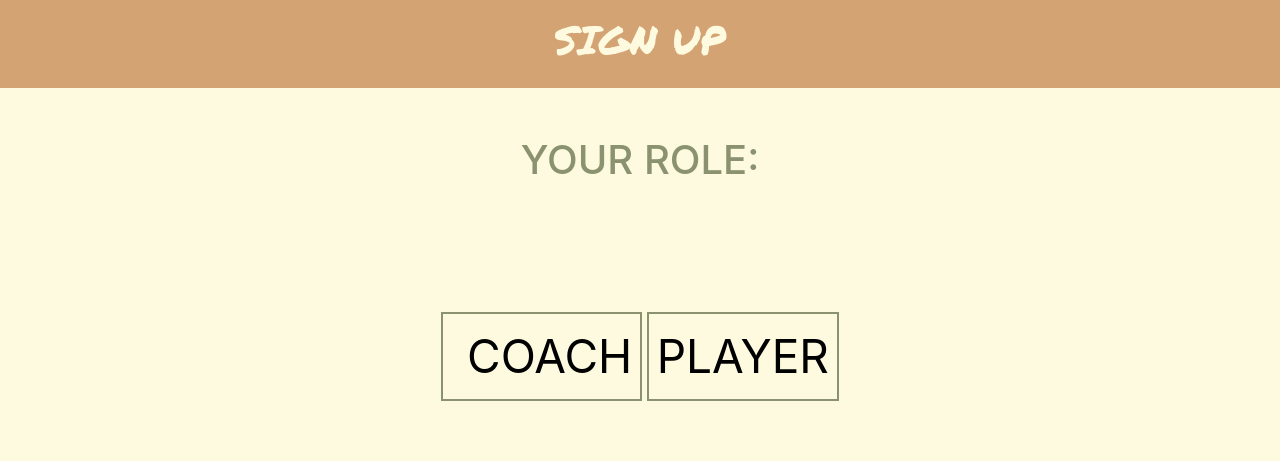
Repository: Aryaholmukhe/treasureHacks
Page: http://localhost/signup
An editor plug-in stored every save of this project. The page is shown before and after the next save, followed by the edit.
The browser window is 1280 px wide. The pictures show the whole page.
The page is served by the project's Node server (server.js).

Above is the page before, as saved 2022-03-27 00:32:54.

After the next save:
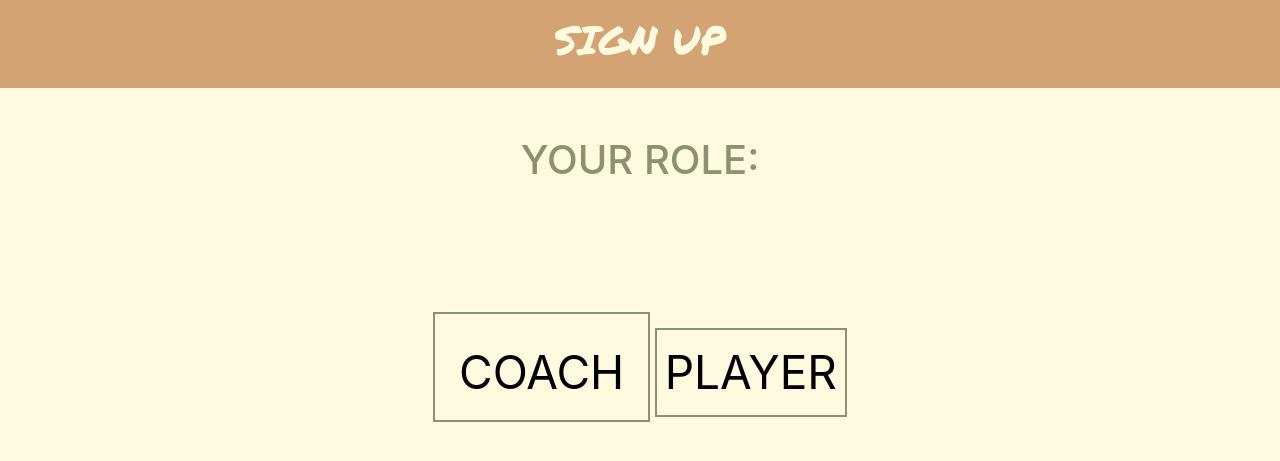
Saved 7 s later.
--- a/views/signup/signup.ejs
+++ b/views/signup/signup.ejs
@@ -20,8 +20,8 @@
     <h1 class="text-center mt-5" style="color: #8A926F">YOUR ROLE:</h1>
 
     <div class="text-center" style="margin-top: 10%">
-    <a href="./coach" ><button class="pl-4 pr-2 pt-2 pb-2" style="font-size: 46px; border: 2px solid #8A926F; background-color: transparent; padding : 1%" name="coach">COACH</button></a>
-    <a  href="./player"><button class="pl-2 pr-2 pt-2 pb-2" style="font-size: 46px; border: 2px solid #8A926F; background-color: transparent" name="player">PLAYER</button></a>
+    <a href="./coach" ><button class="pl-4 pr-4 pt-4 pb-" style="font-size: 46px; border: 2px solid #8A926F; background-color: transparent; padding : 1%" name="coach">COACH</button></a>
+    <a  href="./player"><button class="pl-2 pr-2 pt-2 pb-2" style="font-size: 46px; border: 2px solid #8A926F; background-color: transparent;8A926F padding 1%" name="player">PLAYER</button></a>
     </div>
 
 </body>
